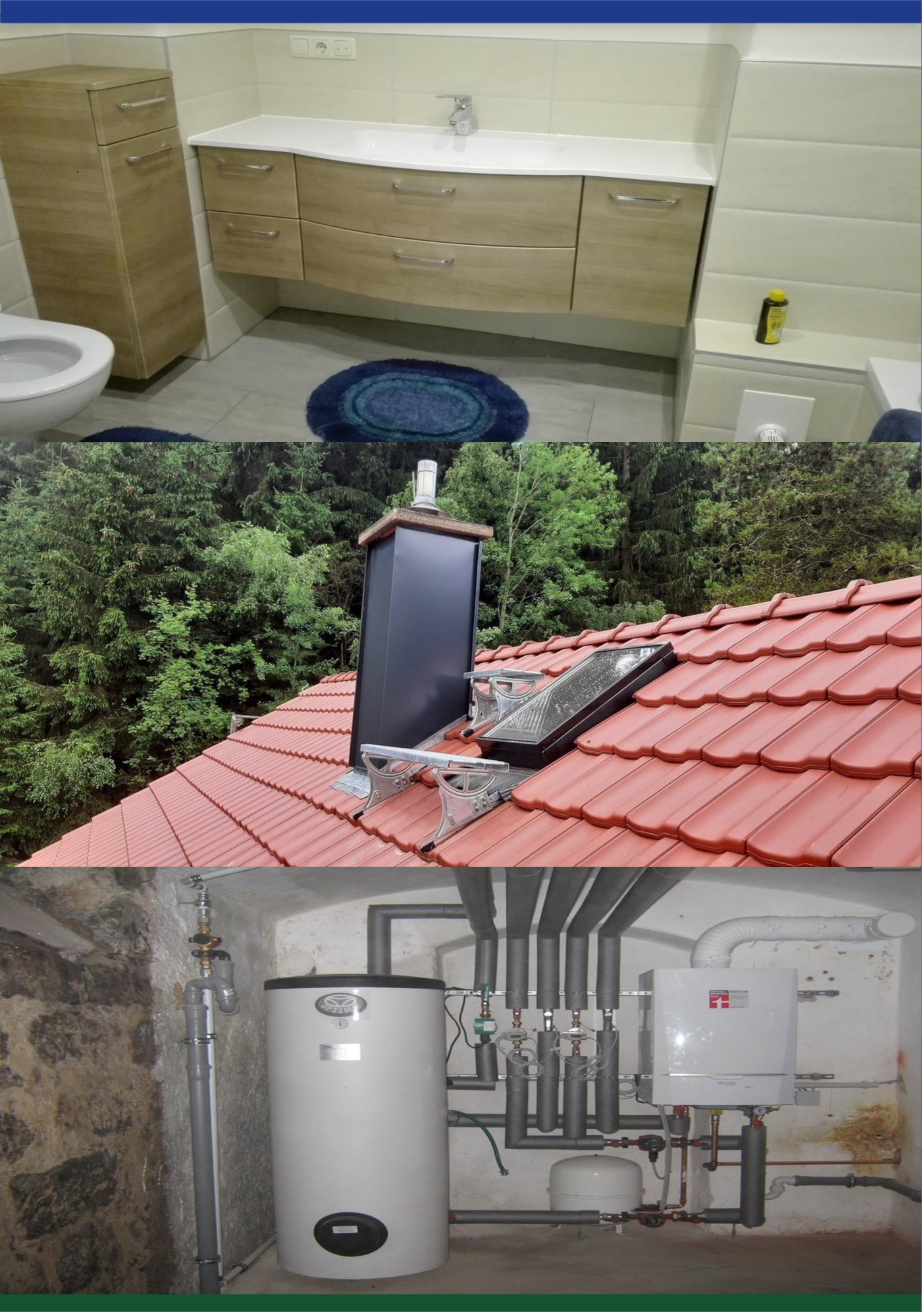
Repository: LorenMucha/firma-andreas-mucha
Page: /
These files come from the project's save history. The page is drawn as it stood at one moment and after a run of saves; the edit follows.
The browser window is 1280 px wide. The pictures show the whole page, at 72% of full size.
The project was rebuilt for these pictures with package versions that can differ from the ones it lists, and the page was loaded fresh each time. The framework's server and built-in components were replaced by stand-ins that run in the browser. Also part of the build but not shown: next.config.mjs.

Above is the page before, as saved 2024-04-15 16:53:33.

After the next 2 saves:
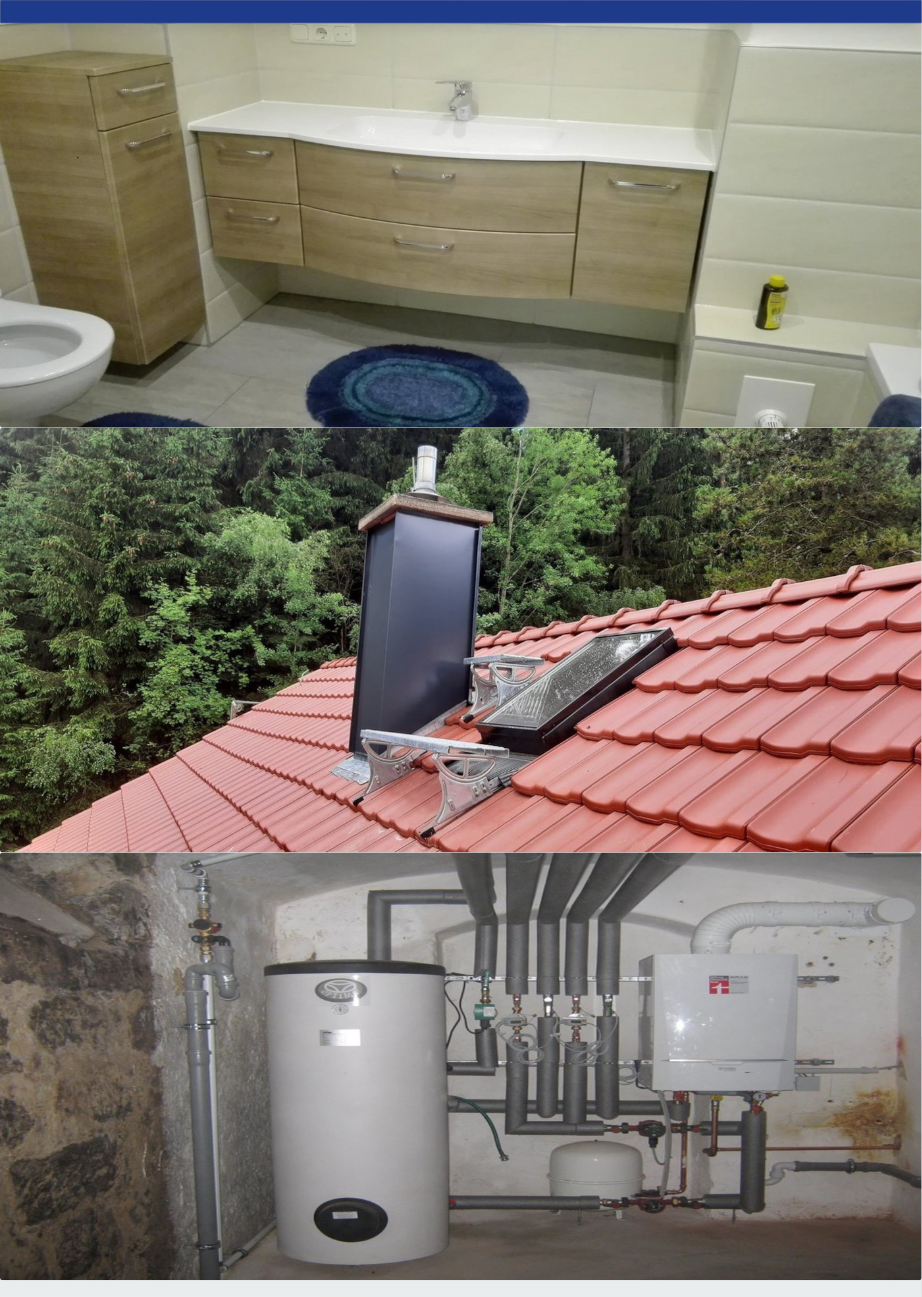
The 2 saves are shown as one change because 1 did not build or start.
The last was saved 8 s later.
--- a/src/app/components/Intro.tsx
+++ b/src/app/components/Intro.tsx
@@ -2,7 +2,6 @@
 
 const Intro = (): React.JSX.Element =>
     <div className="w-screen h-screen">
-        <div className="mt-5 w-100 bg-green-900">
             <CCarousel controls indicators>
                 <CCarouselItem>
                     <CImage align="center" className="object-cover" fluid rounded src="/images/bad.jpg" alt="slide 1" />
@@ -14,7 +13,6 @@
                     <CImage align="center" className="object-cover" fluid rounded src="/images/heizung.JPG" alt="slide 3" />
                 </CCarouselItem>
             </CCarousel>
-        </div>
     </div>
 
 export default Intro

After the save that followed:
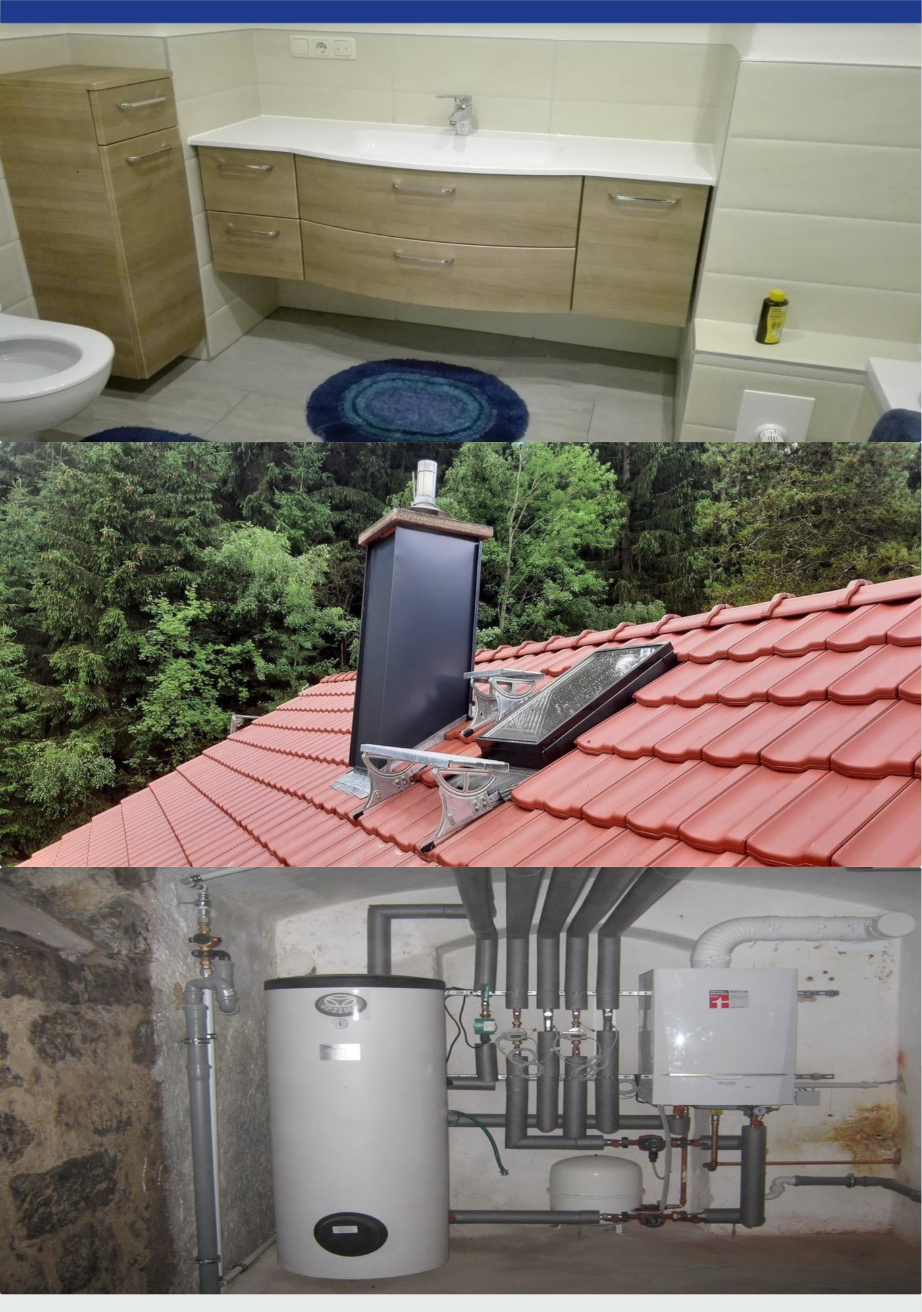
Saved 22 s later.
--- a/src/app/components/Intro.tsx
+++ b/src/app/components/Intro.tsx
@@ -1,7 +1,7 @@
 import { CCarousel, CCarouselItem, CImage } from "@coreui/react"
 
 const Intro = (): React.JSX.Element =>
-    <div className="w-screen h-screen">
+    <div className="w-screen h-screen mt-5">
             <CCarousel controls indicators>
                 <CCarouselItem>
                     <CImage align="center" className="object-cover" fluid rounded src="/images/bad.jpg" alt="slide 1" />
